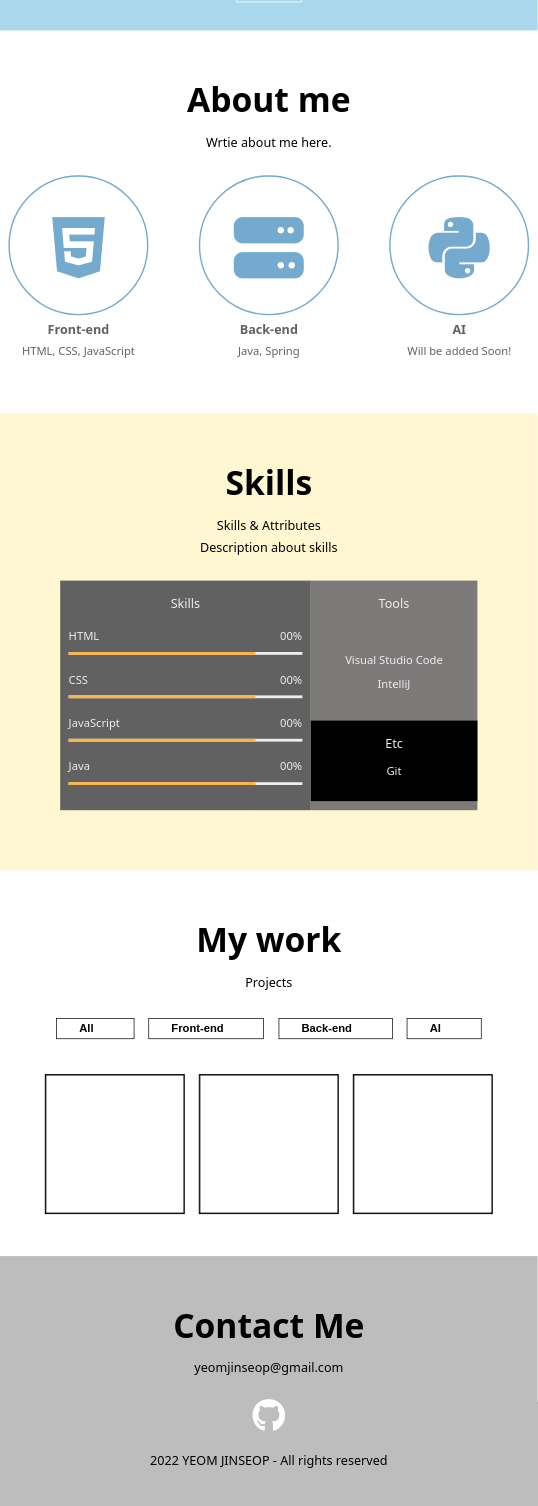
Repository: YEOMJINSEOP/yeomjinseop.github.io
Page: index.html
The author's editor kept a copy of each file at every save. The page is drawn from the files as they stood at one save, then again after the next save.
The browser window is 768 px wide. The pictures show the part of the page from y = 539 to 2779 px (the page is 2690 px tall before and 3262 px after), at 70% of full size.
Some web libraries are served in a nearby version.

Above is the page before, as saved 2022-08-14 21:34:31.

After the next save:
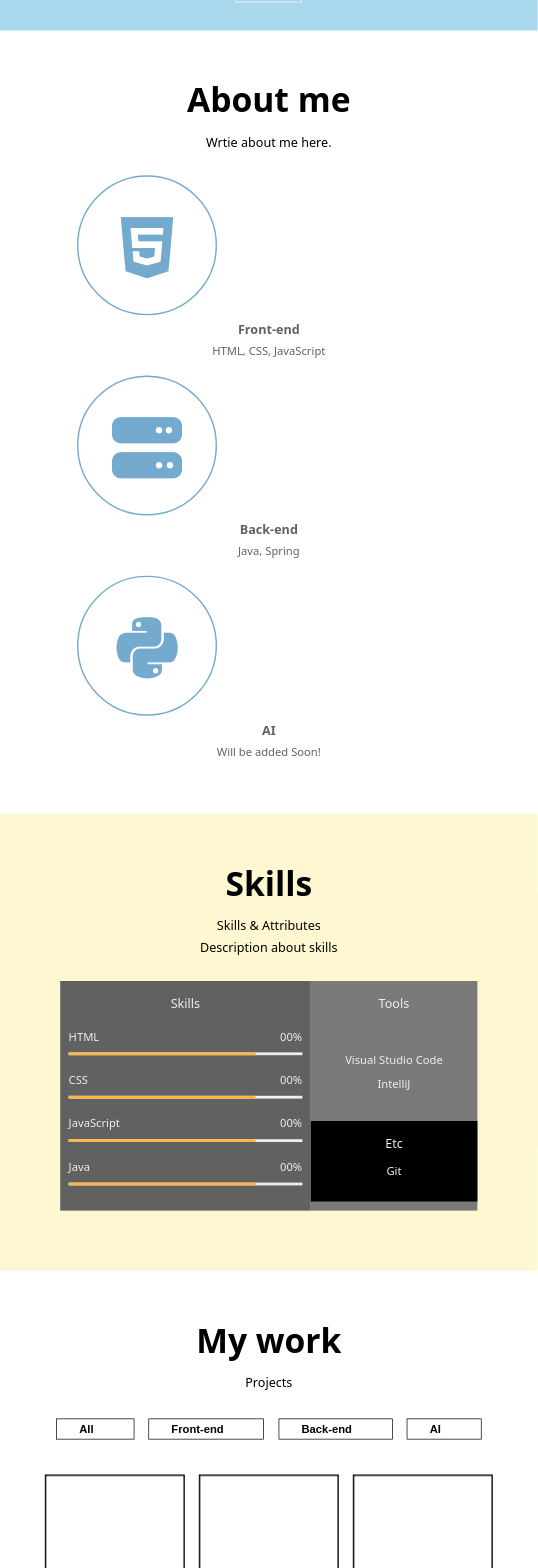
Saved 15 s later.
--- a/style.css
+++ b/style.css
@@ -467,7 +467,7 @@
     display: None;
   }
 
-  .about_majors{
+  .about__majors{
     display: flex;
     flex-direction: column;
   }
